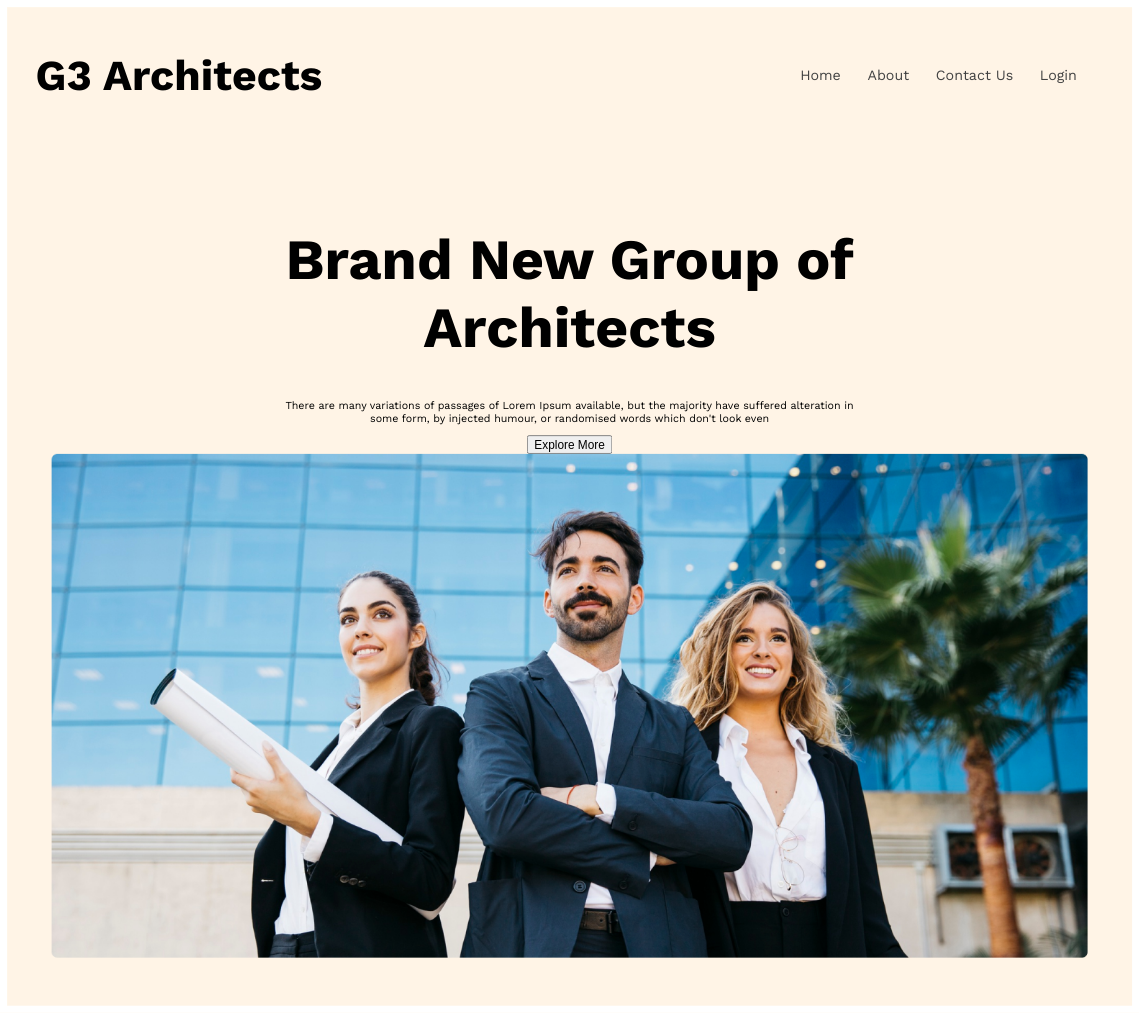
Repository: dollyrakhe22/g3-architects-website
Page: index.html
An editor plug-in stored every save of this project. The page is shown before and after the next save, followed by the edit.
The browser window is 1280 px wide. The pictures show the whole page, at 89% of full size.

Above is the page before, as saved 2025-07-20 16:02:03.

After the next save:
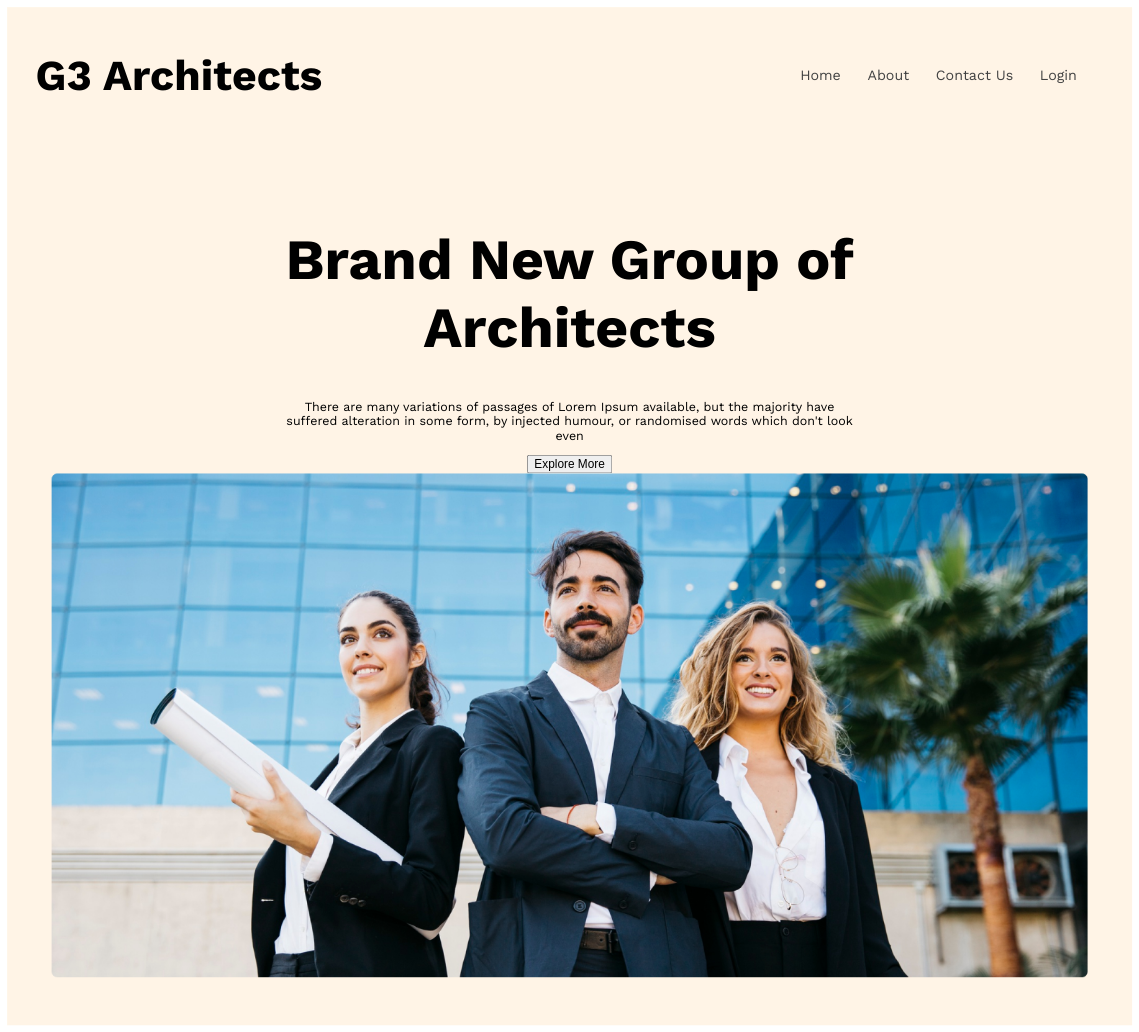
Saved 94 s later.
--- a/style.css
+++ b/style.css
@@ -69,7 +69,7 @@
   font-size: 4rem;
 }
 .banner-description{
-  font-size: 12px;
-  margin-top: 10px;
+  font-size: 14px;
+
 
 }
